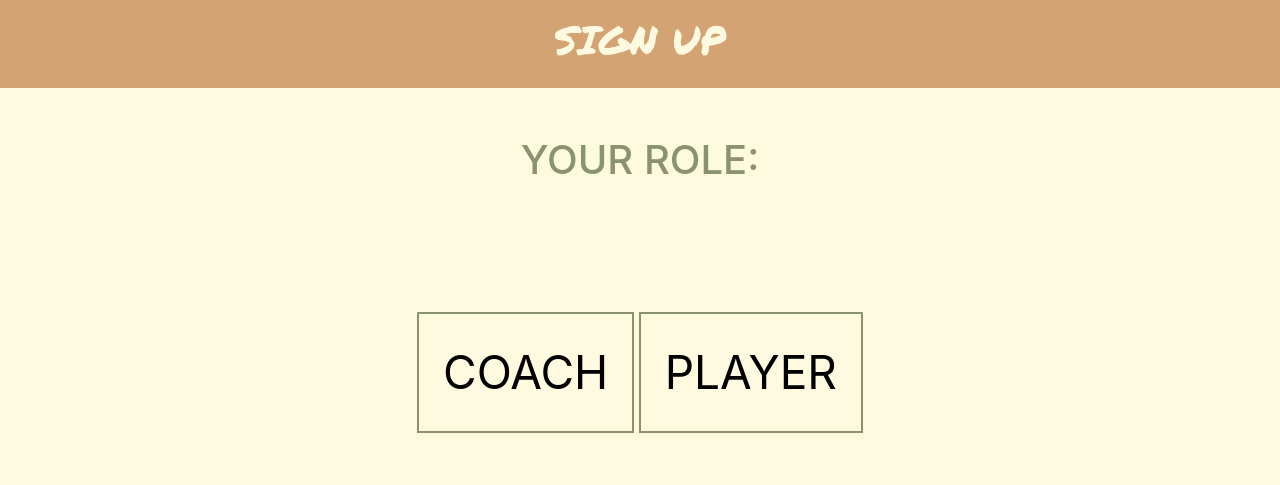
Repository: Aryaholmukhe/treasureHacks
Page: http://localhost/signup
These files come from the project's save history. The page is drawn as it stood at one moment and after a run of saves; the edit follows.
The browser window is 1280 px wide. The pictures show the whole page.
The page is served by the project's Node server (server.js).

Above is the page before, as saved 2022-03-27 00:34:01.

### views/signup/signup.ejs
<html lang="en">
<head>
    <meta charset="UTF-8">
    <meta http-equiv="X-UA-Compatible" content="IE=edge">
    <meta name="viewport" content="width=device-width, initial-scale=1.0">
    <link rel="stylesheet" href="https://cdn.jsdelivr.net/npm/bootstrap@4.6.1/dist/css/bootstrap.min.css">
    <script src="https://cdn.jsdelivr.net/npm/jquery@3.6.0/dist/jquery.slim.min.js"></script>
    <script src="https://cdn.jsdelivr.net/npm/popper.js@1.16.1/dist/umd/popper.min.js"></script>
    <script src="https://cdn.jsdelivr.net/npm/bootstrap@4.6.1/dist/js/bootstrap.bundle.min.js"></script>
    <link rel="preconnect" href="https://fonts.googleapis.com">
    <link rel="preconnect" href="https://fonts.gstatic.com" crossorigin>
    <link href="https://fonts.googleapis.com/css2?family=Permanent+Marker&display=swap" rel="stylesheet">
    <title>SIGN UP</title>
</head>
<body style="background-color: #FEFAE0">
    <div class="pt-3 pb-3" style="background-color: #D4A373; font-family: 'Permanent Marker', cursive; color: #FEFAE0">
        <h1 class="text-center">SIGN UP</h1>
    </div>

    <h1 class="text-center mt-5" style="color: #8A926F">YOUR ROLE:</h1>

    <div class="text-center" style="margin-top: 10%">
    <a href="./coach" ><button class="pl-4 pr-4 pt-4 pb-4" style="font-size: 46px; border: 2px solid #8A926F; background-color: transparent; padding: 1%; margin" name="coach">COACH</button></a>
    <a  href="./player"><button class="pl-4 pr-4 pt-4 pb-4" style="font-size: 46px; border: 2px solid #8A926F; background-color: transparent; padding: 1%" name="player">PLAYER</button></a>
    </div>

</body>
</html>

### server.js
//jshint esversion:6

const express = require("express");
const bodyParser = require("body-parser");
const mongoose = require("mongoose");
const _ = require("lodash");
const { join } = require("path");
require("dotenv").config();
const app = express();

// TWILIO STUFF

const accountSID = process.env.ACCOUNT_SID;
const authToken = process.env.AUTH_TOKEN;

const client = require('twilio')(accountSID, authToken);


app.set('view engine', 'ejs');

app.use(bodyParser.urlencoded({ extended: true }));
app.use(express.static("public"));

app.get("/auth_config.json", (req, res) => {
    res.sendFile(join(__dirname, "/auth_config.json"));
})

// for each team member
mongoose.connect("mongodb://localhost:27017/teamMembersDB", { useNewUrlParser: true });

const membersSchema = new mongoose.Schema({
    name: String,
    role: String,
    age: Number,
    email: String,
    phone: String,
    progress: []
});

let members = [];
let progressArr = []

const Member = mongoose.model("Member", membersSchema);

// to identify teams
const teamSchema = new mongoose.Schema({
    coachName: String,
    team: [{ name: String }, { sport: String }]
})

const progressSchema = new mongoose.Schema({
    progress: []
})
const Team = mongoose.model("Team", teamSchema);
const Progress = mongoose.model("Progress", progressSchema)
// When no members are present
const noMember = new Member({
    name: "No members yet"
})
const noProgress = new Progress({
    progress: ["No progress yet, add some"]
})


// get requests

app.get("/signup", (req, res) => {
    res.render("signup/signup")
})
let person = "";
app.get("/coach", (req, res) => {
    person = "Coach"
    res.render("signup/coach");
})

app.get("/player", (req, res) => {
    person = "Team Member"
    res.render("signup/player")
})

app.get("/", (req, res) => {
    Member.find({}, function (err, foundMembers) {

        if (foundMembers.length === 0) {
            members.push(noMember)
            Member.insertMany(members, function (err) {
                if (err) {
                    console.log(err);
                } else {
                    console.log("Successfully saved members to DB.");
                }
            });
            // res.redirect("/");
        } else {
            Member.deleteOne({ "name": "No members yet" }, (err, person) => {
                if (err) return handleError(err);
            })
            res.render('index', { allMembers: foundMembers, person: person })
        }
    });
})

app.get("/:personName", function (req, res) {
    const personName = _.capitalize(req.params.personName);

    Member.findById(personName, (err, per) => {
        if (!err) {
              console.log(per)
            res.render('account', { personInfo: per});
        } else {
            console.log(err)
        }
    })
});


// post requests


app.post("/", (req, res) => {

    const playerName = req.body.newPlayer;
    const role = req.body.newRole;
    const age = req.body.age;
    const phoneNumber = req.body.phoneNumber;
    const player = new Member({
        name: playerName,
        role: role,
        age: age,
        phone: phoneNumber
    })
    player.save();
    res.redirect("/")
})

app.post("/delete", function (req, res) {
    const checkedItemId = req.body.checkbox;

    Member.findByIdAndRemove(checkedItemId, function (err) {
        if (!err) {
            console.log("Successfully deleted checked item.");
            res.redirect("/");
        } else {
            console.log(err)
        }
    });


});

app.post("/coach", (req, res) => {
    const coachName = req.body.coachName;
    const teamName = req.body.teamName;
    const sportType = req.body.sportType;
    teams = new Team({
        coachName: coachName,
        team: [{ name: teamName, sport: sportType }]
    })
    res.redirect("/")
})

app.post("/player", (req, res)=>{
    const playerName = req.body.newPlayer;
    const role = req.body.newRole;
    const age = req.body.age;
    const phoneNumber = req.body.phoneNumber;
    const player = new Member({
        name: playerName,
        role: role,
        age: age,
        phone: phoneNumber
    })
    player.save();
    res.redirect("/")
})

app.post("/announcements", (req, res) => {
    const message = req.body.message;
    members.forEach(member => {
        if (member.phone) {
            client.message.create({
                to: member.phone,
                from: process.env.TWILIO_PHONE_NUMBER, //is this going to be dynamic?
                body: message
            }).then((message) => {
                console.log(message.sid)
            });
            res.redirect("/")
        } else {
            res.redirect("/")
        }
    })

})


app.listen(3000, function () {
    console.log("Server started on port 3000");
});

After the next 2 saves:
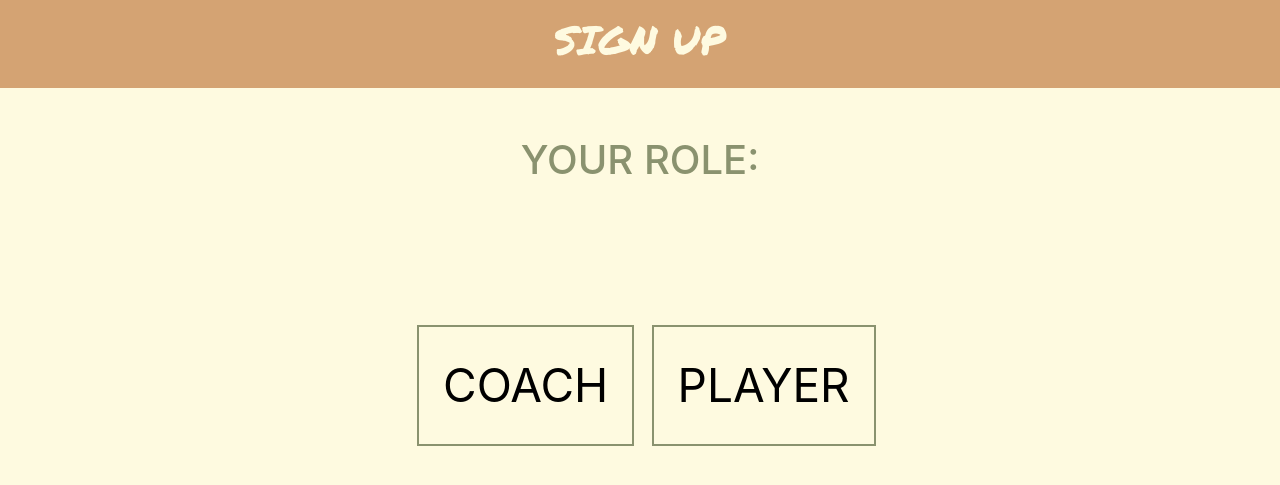
The 2 saves are shown as one change because they came seconds apart.
The last was saved 10 s later.
--- a/views/signup/signup.ejs
+++ b/views/signup/signup.ejs
@@ -20,8 +20,8 @@
     <h1 class="text-center mt-5" style="color: #8A926F">YOUR ROLE:</h1>
 
     <div class="text-center" style="margin-top: 10%">
-    <a href="./coach" ><button class="pl-4 pr-4 pt-4 pb-4" style="font-size: 46px; border: 2px solid #8A926F; background-color: transparent; padding: 1%; margin" name="coach">COACH</button></a>
-    <a  href="./player"><button class="pl-4 pr-4 pt-4 pb-4" style="font-size: 46px; border: 2px solid #8A926F; background-color: transparent; padding: 1%" name="player">PLAYER</button></a>
+    <a href="./coach" ><button class="pl-4 pr-4 pt-4 pb-4" style="font-size: 46px; border: 2px solid #8A926F; background-color: transparent; padding: 1%; margin: 1%" name="coach">COACH</button></a>
+    <a  href="./player"><button class="pl-4 pr-4 pt-4 pb-4" style="font-size: 46px; border: 2px solid #8A926F; background-color: transparent; padding: 1%:" name="player">PLAYER</button></a>
     </div>
 
 </body>
